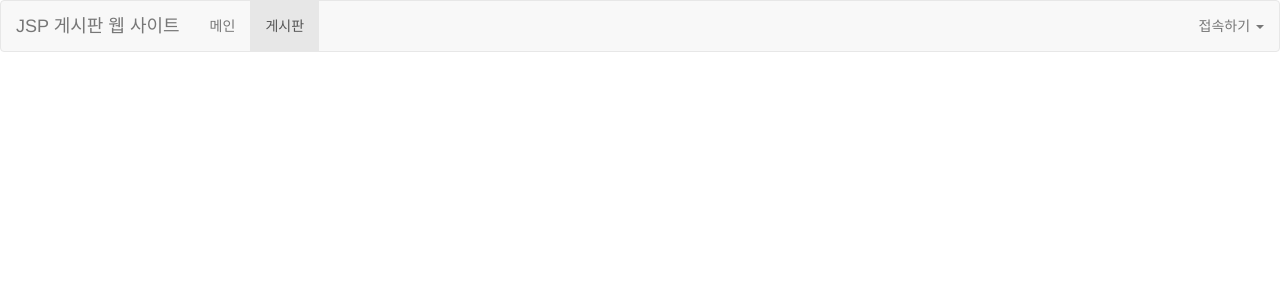
Repository: TheChok/BbsClone
Page: http://localhost/BBS/bbs.jsp
These files come from the project's save history. The page is drawn as it stood at one moment and after the next save; the edit follows.
The browser window is 1280 px wide. The pictures show the whole page.
Some web libraries are served in a nearby version. The page is served by Tomcat 9. Other server files are loaded and not shown.

Above is the page before, as saved 2023-09-21 11:48:08.

### BBS/src/main/webapp/bbs.jsp
<%@ page language="java" contentType="text/html; charset=UTF-8" pageEncoding="UTF-8" %>
<%@ page import="java.io.PrintWriter" %>
<!DOCTYPE html>
<html>
<head>
	<meta http-equiv="Content-Type" content="text/html; charset=UTF-8">
	<meta name="viewport" content="width=device-width", initial-scale="1">
	<link rel="stylesheet" href="css/bootstrap.css">
	<title>JSP 게시판 웹 사이트</title>
</head>
<body>
	<%
		String userID = null;
		if(session.getAttribute("userID") != null) {
			userID = (String) session.getAttribute("userID");
		}
	%>
	<!-- navbar -->
	<nav class="navbar navbar-default">
		<div class="navbar-header">
			<button type="button" class="navbar-toggle"
				data-toggle="collapse" data-target="#bs-example-navbar-collapse-1"
				aria-expanded="false">
				<span class="icon-bar"></span>
				<span class="icon-bar"></span>
				<span class="icon-bar"></span>
			</button>
			<a class="navbar-brand" href="main.jsp">JSP 게시판 웹 사이트</a>
		</div>

		<div class="collapse navbar-collapse" id="bs-example-navbar-collapse-1">
			<ul class="nav navbar-nav">
				<li><a href="main.jsp">메인</a></li>
				<li class='active'><a href="bbs.jsp">게시판</a></li>
			</ul>

			<%
				if(userID == null) {
			%>
				<ul class="nav navbar-nav navbar-right">
					<li class="dropdown">
						<a href="#" class="dropdown-toggle"
							data-toggle="dropdown" role="button" aria-haspopup="true"
							aria-expanded="false">
							접속하기
							<span class="caret"></span>
						</a>
						<ul class="dropdown-menu">
							<li><a href="login.jsp">로그인</a></li>
							<li><a href="join.jsp">회원가입</a></li>
						</ul>
					</li>
				</ul>
			<%
				} else {
			%>
				<ul class="nav navbar-nav navbar-right">
					<li class="dropdown">
						<a href="#" class="dropdown-toggle"
							data-toggle="dropdown" role="button" aria-haspopup="true"
							aria-expanded="false">
							회원관리
							<span class="caret"></span>
						</a>
						<ul class="dropdown-menu">
							<li><a href="logoutAction.jsp">로그아웃</a></li>
						</ul>
					</li>
				</ul>
			<%
				}
			%>
		</div>
	</nav>
	<!-- End - navbar -->

	<div class="container">
		<div class="row">
			<table class="table table-striped" style="textalign:center; border:1px solid #dddddd">
				<thead>

				</thead>
			</table>
		</div>
	</div>



	<script src="https://code.jquery.com/jquery-3.1.1.min.js"></script>
	<script src="js/bootstrap.js"></script>
</body>
</html>

Loaded but not shown: BBS/src/main/webapp/css/bootstrap.css (library); BBS/src/main/webapp/js/bootstrap.js (library)

After the next save:
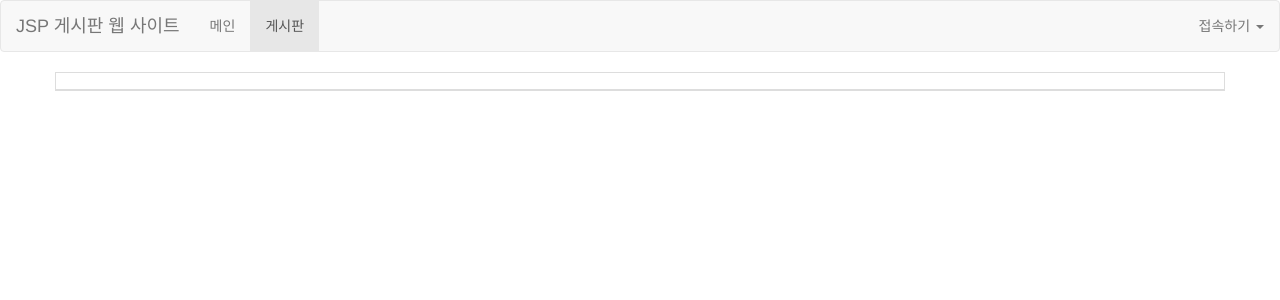
Saved 17 s later.
--- a/BBS/src/main/webapp/bbs.jsp
+++ b/BBS/src/main/webapp/bbs.jsp
@@ -78,7 +78,11 @@
 		<div class="row">
 			<table class="table table-striped" style="textalign:center; border:1px solid #dddddd">
 				<thead>
+					<tr>
+						<th>
 
+						</th>
+					</tr>
 				</thead>
 			</table>
 		</div>
